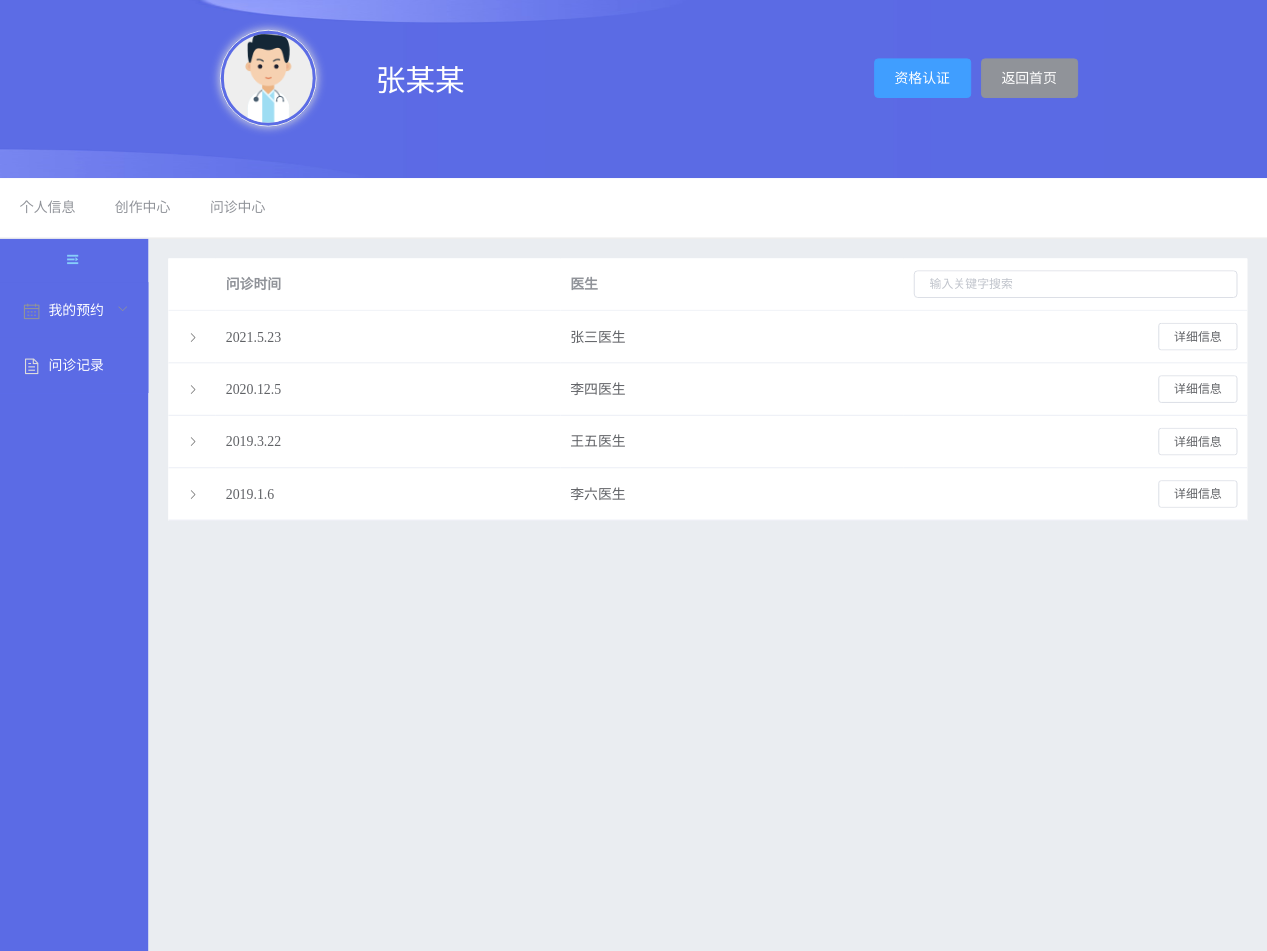
Repository: DiscreteL/SOA_Front
Page: /#/docRecord
An editor plug-in stored every save of this project. The page is shown before and after the next save, followed by the edit.
The browser window is 1280 px wide. The pictures show the whole page, at 99% of full size.
The project was rebuilt for these pictures with package versions that can differ from the ones it lists, and the page was loaded fresh each time. Also part of the build but not shown: vue.config.js, src/components/navigation.vue, src/components/dialog.vue, src/views/news.vue, src/components/announcement.vue, src/components/patientKnow.vue, src/views/Home.vue, src/views/login.vue and 15 more.

Above is the page before, as saved 2021-11-29 18:10:10.

### src/main.js
import Vue from 'vue'
import App from './App.vue'
import router from './router'
import store from './store'
import ElementUI from 'element-ui';
import 'element-ui/lib/theme-chalk/index.css';
import instance_ from "@/utils/api";

Vue.use(ElementUI);

Vue.config.productionTip = false

Vue.prototype.instance = instance_

new Vue({
  router,
  store,
  render: h => h(App)
}).$mount('#app')

router.beforeEach((to, from, next) => {
  /* 路由发生变化修改页面title */
  if (to.meta.title) {
      document.title = to.meta.title
  }
  next()
})

### src/App.vue
<template>
  <div id="app">
    <router-view/>
  </div>
</template>

<style lang="less" scoped>
</style>

<script>
export default {
  name: 'app'
}
</script>

### src/utils/api.js
//输出通用axios实例
import axios from 'axios';
axios.defaults.withCredentials = false

const instance = axios.create({
  timeout: 10000,
   headers: {
    'Content-Type': "multipart/form-data;charset=utf-8",
  }
});

export default {
  //GqvbYer04485869e6b5acbed4ed10dfd79468f6d84577b1

   diseaseList (data) {
     return instance.get("https://api.apishop.net/common/disease/queryDiseaseList?apiKey=GqvbYer04485869e6b5acbed4ed10dfd79468f6d84577b1&page=1&pageSize=50", data);
   },
   diseaseInfo(data){
    return instance.get("https://api.apishop.net/common/disease/queryDiseaseInfo?apiKey=GqvbYer04485869e6b5acbed4ed10dfd79468f6d84577b1&diseaseID="+data);
   }


//   allUser () {
//     return instance.post('/api/user');
//   },
//   allProduct () {
//    return instance.post('/api/product')
//   },
//   upload (data) {
//     return instance.post('/api/upload',data)
//   },
//   regist (data){
//   	return instance.post('/api/createOrUpdateUser',data)
//   }
};

### src/views/doctor/consultCenter.vue
<template>
  <div class="home_container">
    <UserHomeNav2></UserHomeNav2>
    <!--页面主体区-->
    <el-container>
      <!--侧边栏-->
      <el-aside :width="isCollapse ? '64px' : '150px'">
        <div class="toggle-button" @click="toggleCollapse">
          <div v-if="this.isCollapse == true">
            <i class="el-icon-s-fold"></i>
          </div>
          <div v-else>
            <i class="el-icon-s-unfold"></i>
          </div>
        </div>
        <el-menu
          background-color="#5b6be5"
          text-color="#fff"
          active-text-color="#409EFF"
          :collapse="isCollapse"
          :collapse-transition="false"
          :router="true"
          :default-active="activePath"
        >
          <el-submenu index="1">
            <template slot="title">
              <i class="el-icon-date"></i>
              <span>我的预约</span>
            </template>
            <el-menu-item
              index="/waitApply"
              @click="saveNavState('/waitApply')"
            >
              <i tyle="color: #dcdcdc"></i>
              <span slot="title">预约申请</span>
            </el-menu-item>
            <el-menu-item
              index="/sucApply"
              @click="saveNavState('/sucApply')"
            >
              <i style="color: #dcdcdc"></i>
              <span slot="title">待问诊</span>
            </el-menu-item>
          </el-submenu>
          <el-menu-item index="/docRecord" @click="saveNavState('/docRecord')">
            <i class="el-icon-document" style="color: #dcdcdc"></i>
            <span slot="title">问诊记录</span>
          </el-menu-item>
        </el-menu>
      </el-aside>
      <!--右侧主体区-->
      <el-main>
        <router-view></router-view>
      </el-main>
    </el-container>
  </div>
</template>

<script>
import UserHomeNav2 from "@/components/userhomenav2.vue";

export default {
  name: "ConsultCenter",
  components: {
    UserHomeNav2,
  },
  data() {
    return {
      // 默认不折叠
      isCollapse: false,
      // 被激活导航地址
      activePath: "",
    };
  },
  created() {
    this.getMenuList();
    this.activePath = window.sessionStorage.getItem("activePath");
  },
  methods: {
    toggleCollapse() {
      this.isCollapse = !this.isCollapse;
    },
    saveNavState(activePath) {
      window.sessionStorage.setItem("activePath", activePath);
      this.activePath = activePath;
    },
  },
};
</script>

<style lang="less" scoped>
html,
body {
  width: 100%;
  height: 100%;
  margin: 0px;
  padding: 0px;
}
.home_container {
  height: 100vh;
}
.el-container {
  height: 100%;
}
.el-aside {
  background-color: #5b6be5;
  .el-menu {
    border-right: none;
  }
}
.el-main {
  background-color: #eaedf1;
}
.toggle-button {
  background-color: #5b6be5;
  font-size: 15px;
  line-height: 24px;
  color: #87cefa;
  text-align: center;
  letter-spacing: 0.2em;
  cursor: pointer;
  padding: 10px;
}
.logo_box {
  height: 60px;
  width: 60px;
  border: 5px #53868b;
  border-radius: 50%; /* 圆角 */
  position: relative;
  margin: 30px;
}
.port_box img {
  width: 100%;
  height: 100%;
  border-radius: 50%; /* 圆角 */
  background-color: #53868b;
}
</style>

### src/views/doctor/consult/docRecord.vue
<template>
  <el-table
    :data="tableData.filter(data => !search || data.title.toLowerCase().includes(search.toLowerCase()))"
    style="width: 100%">
    <el-table-column type="expand">
      <template slot-scope="props">
        <el-form label-position="left" inline class="demo-table-expand">
          <el-form-item label="问诊时间">
            <span>{{ props.row.time }}</span>
          </el-form-item>
          <el-form-item label="医生">
            <span>{{ props.row.doctor }}</span>
          </el-form-item>
          <el-form-item label="病历">
            <span>{{ props.row.disrecord }}</span>
          </el-form-item>
          <el-form-item label="处方">
            <span>{{ props.row.prescr }}</span>
          </el-form-item>
        </el-form>
      </template>
    </el-table-column>
    <el-table-column label="问诊时间" prop="time"> </el-table-column>
    <el-table-column label="医生" prop="doctor"> </el-table-column>
    <el-table-column align="right">
      <template slot="header" slot-scope="scope">
        <el-input v-model="search" @click="handleEdit(scope.$index, scope.row)" size="mini" placeholder="输入关键字搜索" />
      </template>
      <template slot-scope="scope">
        <el-button size="mini" @click="handleEdit(scope.$index, scope.row)"
          >详细信息</el-button
        >
      </template>
    </el-table-column>
  </el-table>
</template>

<style>
.demo-table-expand {
  font-size: 0;
}
.demo-table-expand label {
  width: 90px;
  color: #99a9bf;
}
.demo-table-expand .el-form-item {
  margin-left: 2%;
  margin-right: 0;
  margin-bottom: 0;
  width: 50%;
}
</style>

<script>
export default {
  data() {
    return {
      tableData: [
        {
          time: "2021.5.23",
          doctor: "张三医生",
          disrecord: "上呼吸道感染",
          prescr: "正柴胡颗粒",
        },
        {
          time: "2020.12.5",
          doctor: "李四医生",
          disrecord: "急性鼻窦炎",
          prescr: "处方1",
        },
        {
          time: "2019.3.22",
          doctor: "王五医生",
          disrecord: "失眠，心律不齐",
          prescr: "稳心颗粒",
        },
        {
          time: "2019.1.6",
          doctor: "李六医生",
          disrecord: "过敏",
          prescr: "息斯敏（氯雷他定片）",
        },
      ],
      search: "",
    }
  },
  methods: {
    handleEdit(index, row) {
      console.log(index, row);
    },
    handleDelete(index, row) {
      console.log(index, row);
    },
    handleChange() {
    this.$forceUpdate();
},
  },
};
</script>

### src/service/userService.js
import url from '../axios/url';
import request from '../axios/request';

export function getDocDataFun(params) {
    return request.get(url.patient.getDocListData, params);
  }

export function getDocOptionFun(params) {
    return request.get(url.patient.getDocOptionData, params);
  }

export function getDrugFun(params){
  return request.get(url.patient.getDrugData,params);
}

export function getHosFun(params){
  return request.get(url.patient.getHosData,params);
}

export function getNoticeFun(params){
  return request.get(url.patient.getNoticeData,params);
}

export function getDiseaseFun(params){
  return request.get(url.patient.getDiseaseData,params);
}

export function postReservationFun(params){
  return request.post(url.patient.postReservationData,params);
}

export function loginPFun(params){
  return request.get(url.patient.patientLogin,params);
}

export function loginDFun(params){
  return request.get(url.patient.doctorLogin,params);
}

export function registerPFun(params){
  return request.post(url.patient.patientRegister,params);
}

export function registerDFun(params){
  return request.post(url.patient.doctorRegister,params);
}

export function sendAcidFormFun(params){
  return request.post(url.patient.sendAcidForm, params)
}

export function sendOfflineReFun(params){
  return request.post(url.patient.sendOffineReservation, params)
}

export function sendChatMesFun(params){
  return request.post(url.alluser.sendChatMes, params)
}

export function getChatMesFun(params){
  return request.get(url.alluser.getChatMes, params)
}

export function getCartFun(params){
  return request.get(url.patient.getCart, params)
}

export function clearCartFun(params){
  return request.post(url.patient.clearCart, params)
}

export function addCartFun(params){
  return request.post(url.patient.addCart, params)
}

export function getPatientInfoDataFun(params){
  return request.get(url.doctor.getPatientInfoData,params);
}
export function postPreDataFun(params){
  return request.post(url.doctor.postPreData,params);
}

export function postMedicineIncludedDataFun(params){
  return request.post(url.doctor.postMedicineIncludedData,params);
}

export function postReportDataFun(params){
  return request.post(url.doctor.postReportData,params);
}

export function getDocInfoData(params){
  return request.get(url.patient.getDocInfoData,params);
}

export function getDrugsIncludedListDataFun(params){
  return request.get(url.patient.getDrugsIncludedListData,params);
}

export function postRateDataFun(params){
  return request.post(url.patient.postRateData,params);
}

export function getPreDataFun(params){
  return request.get(url.patient.getPreData,params);
}

export function getDiseaseListDataFun(params){
  return request.get(url.patient.getDiseaseListData,params);
}

export function getDepartmentListDataFun(params){
  return request.get(url.patient.getDepartmentListData,params);
}

export function getPatientInfoFun(params){
  return request.get(url.patient.getPatientInfo,params);
}

export function postAutoAddDataFun(params){
  return request.post(url.patient.postAutoAddData,params);
}

export function getDrugListDataFun(params){
  return request.get(url.patient.getDrugListData,params);
}

export function getNATFun(params){
  return request.get(url.patient.getNAT,params);
}
export function getReportListDataFun(params){
  return request.get(url.admin.getReportListData,params);
}
export function getNoticeListDataFun(params){
  return request.get(url.admin.getNoticeListData,params);
}
export function postNoticeDataFun(params){
  return request.post(url.admin.postNoticeData,params);
}

export function getDocFun(params){
  return request.get(url.patient.getDoctorData,params)
}

export function getRecordsFun(params){
  return request.get(url.patient.getRecordsData,params)
}

export function getCompletedRecordsFun(params){
  return request.get(url.patient.getCompletedRecordsData,params)
}

export function updateReservationFun(params){
  return request.post(url.patient.updateReservationData,params)
}

export function postNoticeFun(params){
  return request.post(url.patient.postNoticeData,params)
}

export function deleteNoticeFun(params){
  return request.post(url.patient.deleteNotice,params)
}

export function getPatiBMIFun(params){
  return request.get(url.patient.getPatiBMI,params)
}

export function getPaiInoFun(params){
  return request.get(url.patient.getPaiIno,params)
}

export function getOfflineAppFun(params){
  return request.get(url.patient.getOfflineApp,params)
}

export function getReservationsFun(params){
  return request.get(url.patient.getReservations,params)
}

export function postPaiInoFun(params){
  return request.post(url.patient.postPaiIno,params)
}

export function RectifyOfflineAppFun(params){
  return request.post(url.patient.postRectifyOfflineApp,params)
}

export function RectifyNucleicAppFun(params){
  return request.post(url.patient.postRectifyNucleicApp,params)
}

export function getDocInoFun(params){
  return request.get(url.doctor.getDocIno,params)
}

export function getHospitalFun(params){
  return request.get(url.patient.getHospital,params)
}

### src/components/userhomenav2.vue
<template>
  <div class="container">
    <div class="head">
      <div class="background">
        <img src="@/assets/back.jpg" alt="" width="100%" height="100%" />
      </div>
      <div class="headmain">
        <div class="left">
          <!-- 头像部分 -->
          <div class="port_box">
            <img src="../assets/docPort.png" />
          </div>

          <!-- 个人信息部分 -->
          <div
            class="Info"
            style="color: white; font-size: 30px; font-family: 宋体"
          >
            {{ userName }}<br />
          </div>
        </div>
        <div>
            <el-button type="primary" @click="certify">资格认证</el-button>
          <el-button type="info" @click="returnhome">返回首页</el-button>
        </div>
      </div>
    </div>
    <div class="navBar">
      <el-menu
        :default-active="this.$route.path"
        class="el-menu-demo"
        router
        mode="horizontal"
        active-text-color="#409EFF"
      >
        <el-menu-item v-for="(item, i) in navList" :key="i" :index="item.name">
          {{ item.navItem }}
        </el-menu-item>
      </el-menu>
    </div>
    <div></div>
  </div>
</template>

<script>
export default {
  name: "UserHomeNav2",
  data() {
    return {
      //   userID: window.sessionStorage.getItem("id"),
      userName: "张某某",
      navList: [
        { name: "/userHome2", navItem: "个人信息" },
        { name: "/messageCenter", navItem: "创作中心" },
        { name: "/consultCenter", navItem: "问诊中心" },
        // { name: "/help", navItem: "帮助中心" },
      ],
    };
  },
  methods: {
    returnhome(){
      this.$router.push("/home");
    },
    certify(){

    }
  },
};
</script>

<style scoped>
.head {
  height: 180px;
  width: 100%;
}
.background {
  width: 100%;
  height: 180px;
  z-index: -1;
  position: absolute;
}
.headmain {
  display: flex;
  justify-content: space-around;
  align-items: center;

}
.left {
  display: flex;
  align-items: center;
}
.port_box {
  height: 90px;
  width: 90px;
  border: 1px solid #eee;
  border-radius: 50%; /* 圆角 */
  padding: 3px; /*图片和边框之间的间距 */
  box-shadow: 0 0 10px #ddd; /*阴影 */
  position: relative;
  margin: 30px;
}
.port_box img {
  width: 100%;
  height: 100%;
  border-radius: 50%; /* 圆角 */
  background-color: #eee;
}

.Info {
  text-align: left;
  font: 15px "Microsoft YaHei";
  margin: 30px;
  position: relative;
}
</style>

### src/axios/url.js
import patient from './modules/patient';
import alluser from './modules/alluser';
import doctor from './modules/doctor';
import admin from './modules/admin';
export default {
    patient,
    alluser,
    doctor,
    admin,
};

### src/axios/request.js
import axios from './axios';
export default {
  // get请求
  get(url, param) {
    return new Promise((resolve, reject) => {
      axios({
        method: 'get',
        url,
        params: param
      })
        .then((res = {}) => {
          if (res.code !== '200') reject(res);
          resolve(res);
        })
        .catch(_ => {
          reject(_)});
    });
  },
  // post请求
  post(url, param) {
    return new Promise((resolve, reject) => {
      axios({
        method: 'post',
        url,
        data: param,
      })
        .then((res = {}) => {
          if (res.code !== '200') reject(res);
          resolve(res);
        })
        .catch(_ => reject(_));
    });
  },
};

### src/axios/modules/patient.js
export default {
    getDocListData:'/Patient/GetDoctorList',
    getDrugData:'/Patient/GetDrugInforList',
    getHosData:'/Patient/GetHospitalList',
    getNoticeData:'/Patient/GetNoticeList',
    getDiseaseData:'/Patient/GetDiseaseList',
    patientLogin:'/Patient/Login',
    doctorLogin:'/Doctor/Login',
    patientRegister:'/Patient/Register',
    doctorRegister:'/Doctor/Register',
    postReservationData:'/Patient/PostReservation',
    sendAcidForm:'/Patient/PostAppOfNuc',
    sendOffineReservation:'/Patient/PostOfflineApp',
    getCart:'/Patient/GetCart',
    clearCart:'/Patient/EmptyCart',
    addCart:'/Patient/AddDrug',
    getDocInfoData:'/Patient/GetDoctor',
    getDrugsIncludedListData:'/Patient/GetIncludeList',
    postRateData:'/Patient/PostRating',
    getPreData:'/Patient/GetPre',
    getDiseaseListData:'/Patient/GetDiseaseList',//存在重复
    getDepartmentListData:'/Patient/GetDepartmentList',//存在重复
    getPatientInfo:'/Patient/GetPatiInfor',
    postAutoAddData:'/Patient/AutoAddDrug',
    getDrugListData:'/Patient/GetDrugInforList',//存在重复
    getLocalImg:'/Patient/GetImg',
    getNAT:'/Patient/GetAppsOfNuc',
    postNoticeData:'/Admin/PostNotice',
    deleteNotice:'/Admin/DeleteNotice',
    getPaiIno:'/Patient/GetPatient',
    getOfflineApp:'/Patient/GetOfflineAppList',
    getReservations:'/Patient/GetReservations',
    getPatiBMI:'/Patient/GetPatiInfor',
    getHospital:'/Patient/GetHospital',
    getPreData:'/Patient/GetPre',
    postPaiIno:'/Patient/ModInfor',
    postUpdateReservation:'Patient/UpdateReservation',
    postRectifyOfflineApp:'/Patient/RectifyOfflineApp',
    postRectifyNucleicApp:'/Patient/RectifyNucleicApp',
    updateReservationData:'/Patient/UpdateReservation',
    getDoctorData:'/Doctor/GetDoctor',
    getRecordsData:'/Doctor/GetReservationLists',
    getCompletedRecordsData:'/Doctor/GetRecords'
  };

### src/axios/modules/alluser.js
export default{
    sendChatMes:'/Base/PostChat',
    getChatMes:'/Base/GetChat'
};

### src/axios/modules/doctor.js
export default {
    getPatientInfoData:'/Doctor/GetPatient',
    postPreData:'/Doctor/PostPre',
    postMedicineIncludedData:'/Doctor/PostInclude',
    postReportData:'/Doctor/PostReport',
    getDocIno:'/Doctor/GetDoctor',
};

### src/axios/modules/admin.js
export default {
    getReportListData:'/Admin/GetReportForms',
    getNoticeListData:'/Admin/GetNoticeList',
    postNoticeData:'/Admin/PostNotice'
}

### src/axios/axios.js
import axios from 'axios';
import router from '../router';
import Vue from 'vue';
import qs from 'qs';
//import store from '../store/index';

//import Storage from '../utils/storages';


// 错误状态码处理提示
class MessageTip extends Vue {
  static messageTipInstance = null;
  messageTip = null;

  static instance() {
    if (!this.messageTipInstance) {
      this.messageTipInstance = new MessageTip();
    }
    this.messageTipInstance;
  }

  // 提示信息
  msgInfo(msg) {
    this.messageTip && this.messageTip.close();
    this.messageTip = this.$message({
      showClose: true,
      message: msg,
      type: 'error',
      center: true
    });
  }

  // 错误信息
  errorInfo(errorCode) {
    this.messageTip && this.messageTip.close();
    let msg = '';
    switch (errorCode) {
      case '400':
        msg = '请求错误';
        break;
      case '401':
        msg = '登录会话过期，请重新登录';
        break;
      case '403':
        msg = '拒绝访问';
        break;
      case '404':
        msg = '请求地址出错';
        break;
      case '408':
        msg = '请求超时';
        break;
      case '500':
        msg = '服务器内部错误';
        break;
      case '501':
        msg = '服务器未实现';
        break;
      case '502':
        msg = '网络错误';
        break;
      case '503':
        msg = '服务不可用';
        break;
      case '504':
        msg = '网关超时';
        break;
      case '505':
        msg = 'HTTP版本不受支持';
        break;
    }
    this.messageTip = this.$message({
      showClose: true,
      message: msg,
      type: 'error',
      center: true
    });
  }
}

const messageTip = new MessageTip();

axios.defaults.headers.post['Content-Type'] = 'application/json';

axios.defaults.withCredentials = true;
axios.defaults.baseURL = '/api';
axios.defaults.timeout = 5000;
// 请求拦截器
axios.interceptors.request.use(
  config => {
    if(config.method === 'post') {
      config.data = qs.stringify(config.data)
      config.url += '?' + config.data
    }
    else {
      config.params = qs.stringify(config.params)
      config.url += '?' + config.params
    }
    //config.headers.token = localStorage.getItem('$token_info');
    return config;
  },
  error => {
    return Promise.reject(error);
  }
);

// 响应拦截器
axios.interceptors.response.use(
  response => {
    response.data = {
      result:response.data,
      code:`${response.status}`
    }
    if (response && response.data && response.data.code !== '200') {
      response.data.msg && messageTip.msgInfo(response.data.msg);
      console.log(response)
      return Promise.reject(response.data);
    }
    return response.data;
  },
  error => {
    console.log(error)
    console.log(error.response)
    if (
      error &&
      error.response &&
      error.response.status &&
      messageTip.errorInfo(error.response.status)
    ) {
      return Promise.reject(error);
    }
  }
);
export default axios;

Loaded but not shown: public/index.html (common file); src/store/index.js (common file); src/router/index.js (257 lines, source omitted)

After the next save:
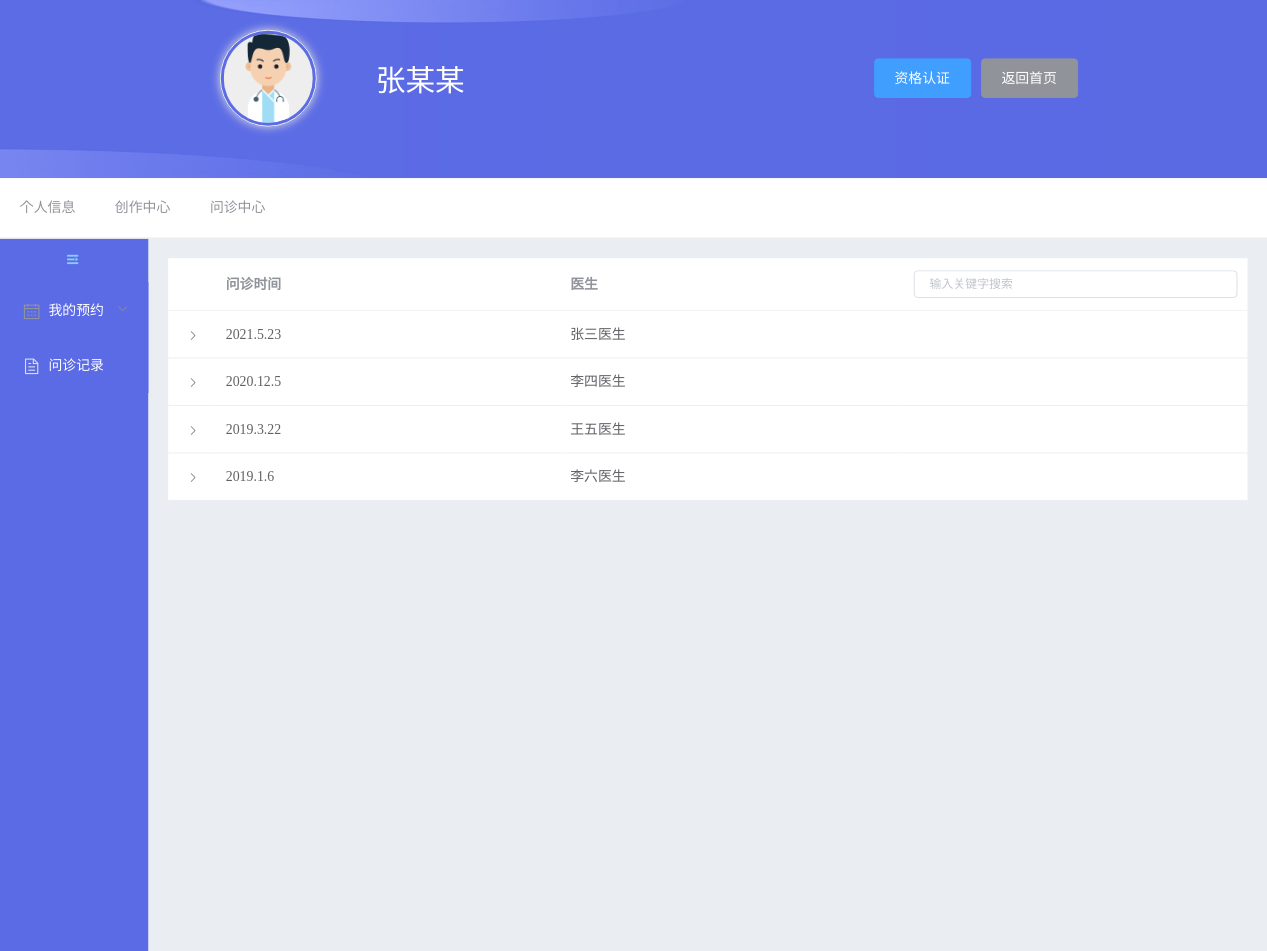
Saved 24 s later.
--- a/src/views/doctor/consult/docRecord.vue
+++ b/src/views/doctor/consult/docRecord.vue
@@ -25,11 +25,6 @@
     <el-table-column align="right">
       <template slot="header" slot-scope="scope">
         <el-input v-model="search" @click="handleEdit(scope.$index, scope.row)" size="mini" placeholder="输入关键字搜索" />
-      </template>
-      <template slot-scope="scope">
-        <el-button size="mini" @click="handleEdit(scope.$index, scope.row)"
-          >详细信息</el-button
-        >
       </template>
     </el-table-column>
   </el-table>
